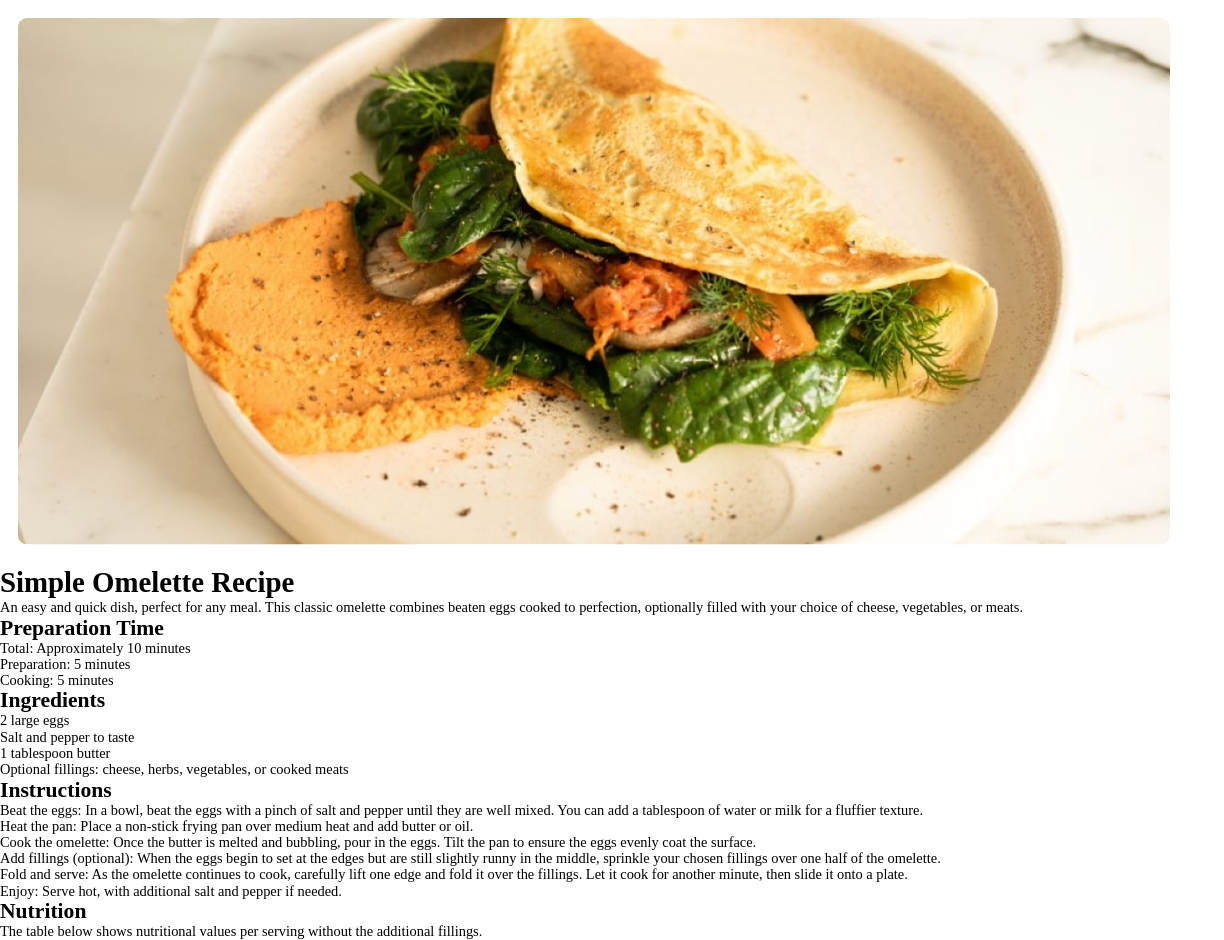
Repository: akbasliogulcan/omletterecipe
Page: index.html
The author's editor kept a copy of each file at every save. The page is drawn from the files as they stood at one save, then again after the next save.
The browser window is 1280 px wide. The page is 1320 px wide, then 1360 px, so the pictures cover 1360 px, including what lies to the right of the window. The pictures show the whole page, at 90% of full size.

Above is the page before, as saved 2025-07-20 17:35:42.

### index.html
<!DOCTYPE html>
<html lang="en">

<head>
  <meta charset="UTF-8">
  <meta name="viewport" content="width=device-width, initial-scale=1.0">
  <title>simple omelette recipe</title>
  <link rel="stylesheet" href="style.css">
</head>

<body>

  <div class="simple">
    <div class="add">
      <div class="omelette"> <img src="./assets/images/image-omelette.jpeg" alt="omlette-icon">
        <h1> Simple Omelette Recipe</h1>
        <p>An easy and quick dish, perfect for any meal. This classic omelette combines beaten eggs cooked
          to perfection, optionally filled with your choice of cheese, vegetables, or meats.
        </p>
      </div>

      <div class="preparation">
        <h2>Preparation Time</h2>
        <ul>
          <li> <span>Total: </span>Approximately 10 minutes
          </li>
          <li> <span>Preparation: </span>5 minutes</li>
          <li> <span>Cooking: </span>5 minutes</li>

        </ul>
      </div>

      <div class="ingredients">
        <h2>Ingredients</h2>
        <ul>
          <li>2 large eggs</li>
          <li>Salt and pepper to taste</li>
          <li>1 tablespoon butter</li>
          <li>Optional fillings: cheese, herbs, vegetables, or cooked meats</li>
        </ul>
      </div>
      <div class="seperation"></div>

      <div class="instructions">
        <h2>Instructions</h2>
        <ol>
          <li><span>Beat the eggs: </span>In a bowl, beat the eggs with a pinch of salt and pepper until they are well
            mixed.
            You can add a tablespoon of water or milk for a fluffier texture.</li>
          <li><span>Heat the pan: </span>Place a non-stick frying pan over medium heat and add butter or oil.
          </li>
          <li>
            <span>Cook the omelette: </span>Once the butter is melted and bubbling, pour in the eggs. Tilt the pan to
            ensure
            the eggs evenly coat the surface.
          </li>
          <li>
            <span></span>Add fillings (optional): </span>When the eggs begin to set at the edges but are still slightly
            runny in the
            middle, sprinkle your chosen fillings over one half of the omelette.
          </li>
          <li>
            <span> Fold and serve:</span>
            As the omelette continues to cook, carefully lift one edge and fold it over the
            fillings. Let it cook for another minute, then slide it onto a plate.
          </li>
          <li><span> Enjoy:</span> Serve hot, with additional salt and pepper if needed.
          </li>
        </ol>
      </div>
      <div class="seperation"></div>

      <div class="nutrition">
        <div>
          <h2>Nutrition</h2>
          <p> The table below shows nutritional values per serving without the additional fillings.
          </p>
        </div>
      </div>
    </div>
  </div>



</body>

</html>

### style.css
* {
  margin: 0;
  padding: 0;
  box-sizing: border-box;
}

.omelette img {
  max-width: 100%;
  height: auto;
  border-radius: 10px;
  margin: 20px 20px;
}

.simple {
  background-color: hsl(30, 54%, 90%);
}

.add {
  background-color: white;
  display: block;
}

After the next save:
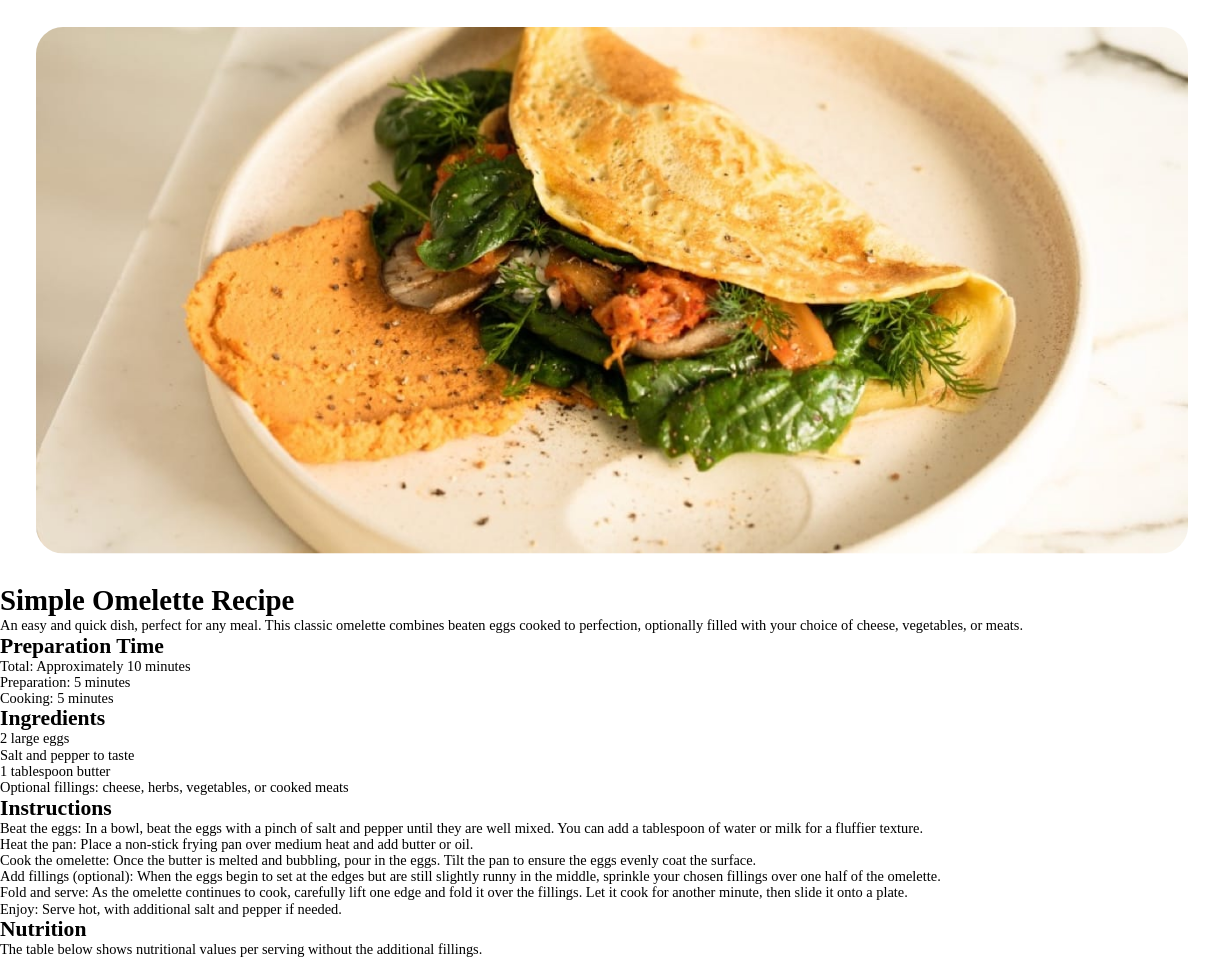
Saved 43 s later.
--- a/style.css
+++ b/style.css
@@ -7,8 +7,8 @@
 .omelette img {
   max-width: 100%;
   height: auto;
-  border-radius: 10px;
-  margin: 20px 20px;
+  border-radius: 30px;
+  margin: 30px 40px;
 }
 
 .simple {
